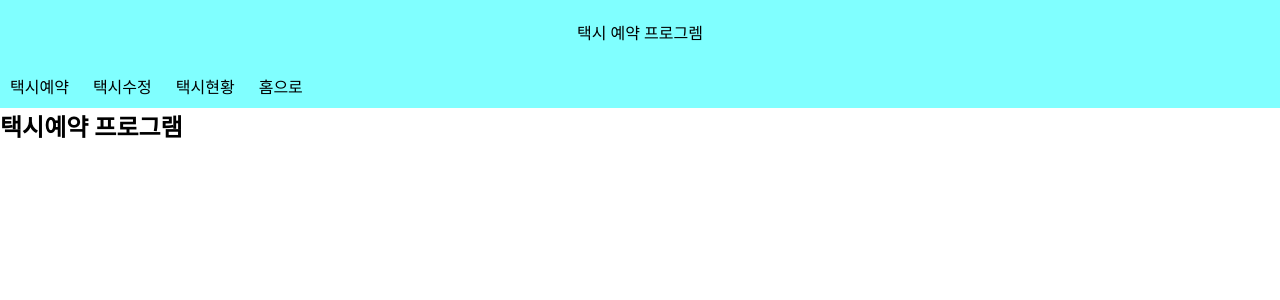
Repository: juntae710/acorn_web
Page: http://localhost/prj0828/
An editor plug-in stored every save of this project. The page is shown before and after the next save, followed by the edit.
The browser window is 1280 px wide. The pictures show the whole page.
The page is served by Tomcat 9.

Above is the page before, as saved 2023-08-28 02:50:31.

After the next save:
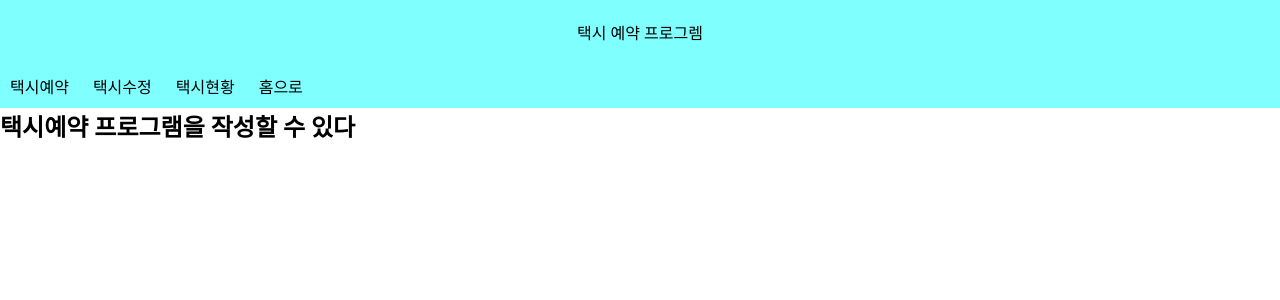
Saved 45 s later.
--- a/prj0828/src/main/webapp/index.jsp
+++ b/prj0828/src/main/webapp/index.jsp
@@ -21,7 +21,13 @@
 
 </nav>
 <section>
-<h2>택시예약 프로그램</h2>
+<h2>택시예약 프로그램을 작성할 수 있다 </h2>
+<ol>
+<li></li>
+<li></li>
+<li></li>
+<li></li>
+</ol>
 </section>
 <footer></footer>
 
